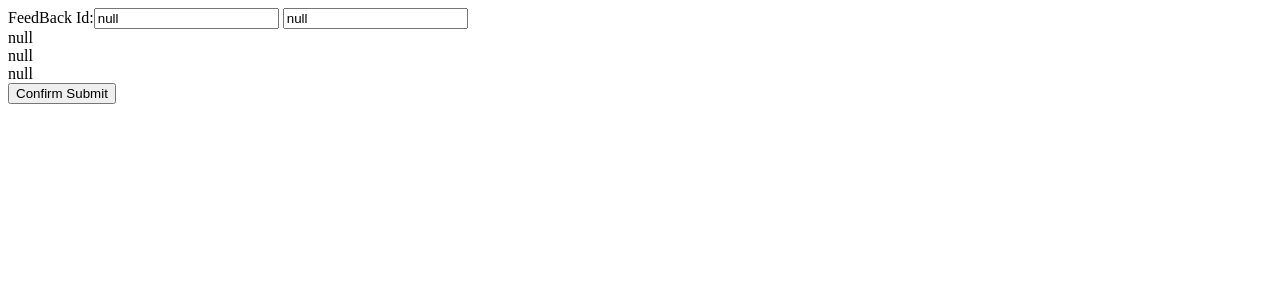
Repository: 1919satya/Mode2
Page: http://localhost/CollegeCms/ConfirmFeedback.jsp
These files come from the project's save history. The page is drawn as it stood at one moment and after the next save; the edit follows.
The browser window is 1280 px wide. The pictures show the whole page.
The page is served by Tomcat 9. Other server files are loaded and not shown.

Above is the page before, as saved 2019-09-05 03:54:25.

### CMS/CollegeCms/src/main/webapp/ConfirmFeedback.jsp
<%@ page language="java" contentType="text/html; charset=ISO-8859-1"
    pageEncoding="ISO-8859-1"%>
<!DOCTYPE html PUBLIC "-//W3C//DTD HTML 4.01 Transitional//EN" "http://www.w3.org/TR/html4/loose.dtd">
<html>
<head>
<meta http-equiv="Content-Type" content="text/html; charset=ISO-8859-1">
<title>Insert title here</title>
</head>
<body>
<form method="post" action="ConfirmFeedback.jsp">
<%
	String instr = (String)session.getAttribute("instr");
    String fid=(String)session.getAttribute("fid");
    String studentName=(String)session.getAttribute("studentName");
    String subject = (String)request.getParameter("subject");
    String feed=(String)request.getParameter("feed");
%>
FeedBack Id:<input type="text" value="<% out.println(fid); %> " name="fid" />
<input type="text" value=<%out.println(instr);%> " name="instr" /><br/>
<%out.println(studentName);%><br/>
<%out.println(subject);%><br/>
<%out.println(feed);%><br/>

<input type="submit" value="Confirm Submit" />
</form>


</body>
</html>

After the next save:
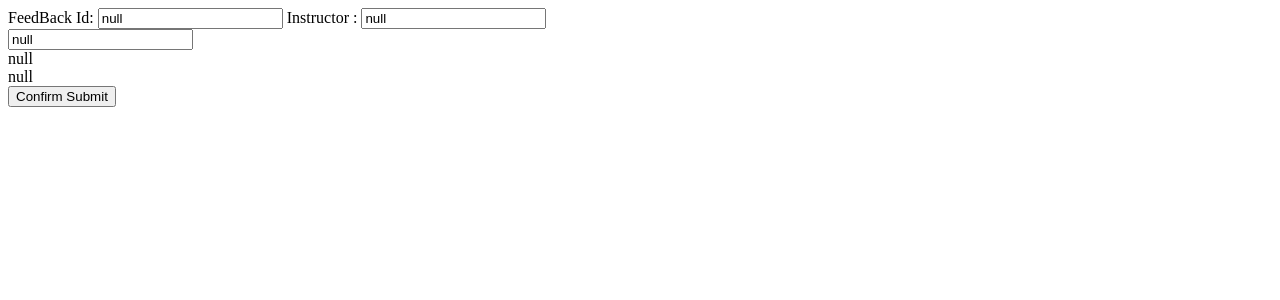
Saved 104 s later.
--- a/CMS/CollegeCms/src/main/webapp/ConfirmFeedback.jsp
+++ b/CMS/CollegeCms/src/main/webapp/ConfirmFeedback.jsp
@@ -15,9 +15,9 @@
     String subject = (String)request.getParameter("subject");
     String feed=(String)request.getParameter("feed");
 %>
-FeedBack Id:<input type="text" value="<% out.println(fid); %> " name="fid" />
-<input type="text" value=<%out.println(instr);%> " name="instr" /><br/>
-<%out.println(studentName);%><br/>
+FeedBack Id: <input type="text" value="<% out.println(fid); %> " name="fid" />
+Instructor : <input type="text" value=<%out.println(instr);%> " name="instr" /><br/>
+<input type="text" value=<%out.println(studentName);%> " name="studentName" /><br/>
 <%out.println(subject);%><br/>
 <%out.println(feed);%><br/>
 
